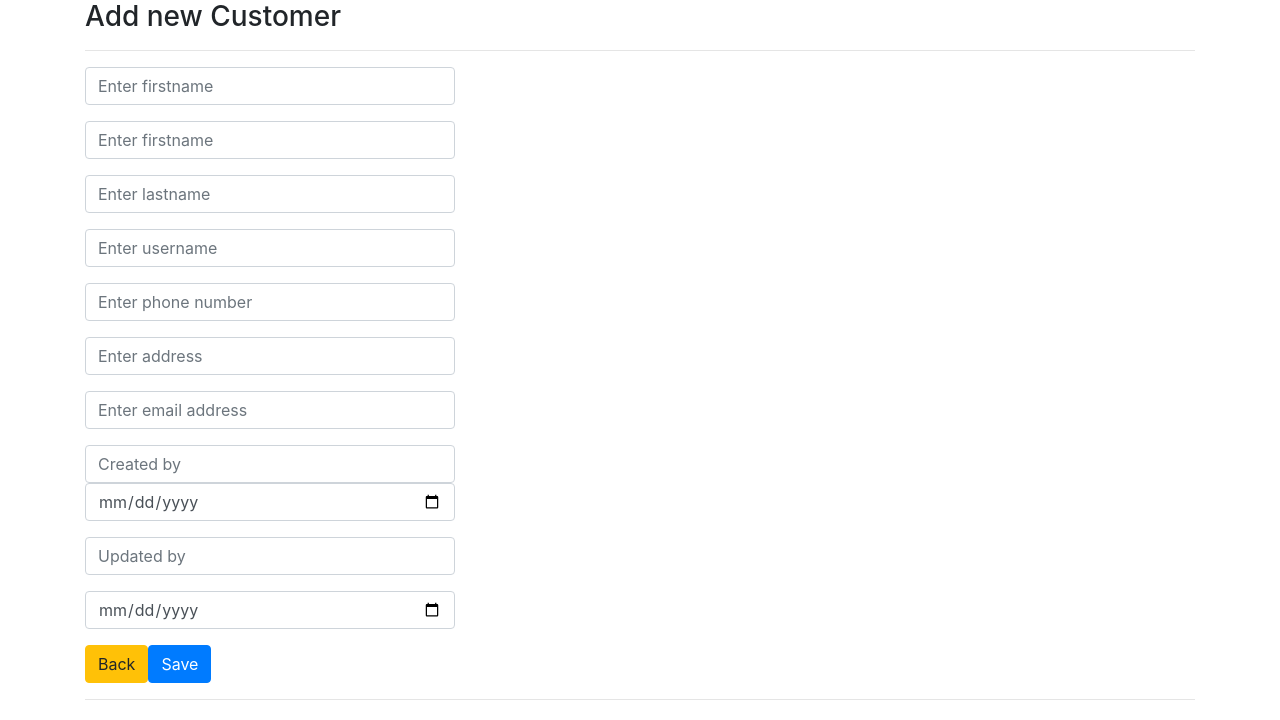
Repository: messimacky/Movie-Rental-System-Front-End
Page: /add-customer
These files come from the project's save history. The page is drawn as it stood at one moment and after the next save; the edit follows.
The browser window is 1280 px wide. The pictures show the whole page.
The project was rebuilt for these pictures with package versions that can differ from the ones it lists, and the page was loaded fresh each time. Also part of the build but not shown: src/services/movie.service.js, src/components/AddMovie.js, src/components/MoviesList.js, src/components/NotFound.js, src/components/login/Login.js, src/components/CustomerList.js, src/services/rental.service.js, src/components/RentalsList.js and 5 more.

Above is the page before, as saved 2022-05-06 20:16:22.

### src/index.js
import { Auth0Provider } from '@auth0/auth0-react';
import React from 'react';
import ReactDOM from 'react-dom';
import App from './App';
const domain = process.env.REACT_APP_AUTH0_DOMAIN;
const clientId = process.env.REACT_APP_AUTH0_CLIENT_ID;

ReactDOM.render(
  <Auth0Provider
    domain={domain}
    clientId={clientId}
    redirectUri={window.location.origin}
  >
    <App />
  </Auth0Provider>,
  document.getElementById('root')
);

### src/App.js
import { BrowserRouter as Router, Switch, Route } from 'react-router-dom';
import AddMovie from './components/AddMovie';
import MoviesList from "./components/MoviesList";
import NotFound from "./components/NotFound";
import Login from './components/login/Login';
import AddCustomer from './components/AddCustomer'
import CustomersList from './components/CustomerList';
import RentalsList from './components/RentalsList';
import AddRental from './components/AddRental';
import FirstPage from './components/FirstPage';
import Signup from './components/signup/Signup';
import Home from './components/Home';
// import LoginButton from './components/LoginButton';
function App() {
  return (
    <Router>
      <div>
        <Switch>

          <Route exact path="/" component={FirstPage} />

          <Route path="/home" component={Home} />


          <Route exact path="/movies" component={MoviesList} />
          <Route path="/add-movie" component={AddMovie} />
          <Route path="/movies/edit/:id" component={AddMovie} />




          <Route exact path="/customers" component={CustomersList} />
          <Route path="/add-customer" component={AddCustomer} />
          <Route path="/customers/edit/:id" component={AddCustomer} />



          <Route path="/login" component={Login} />
          <Route path="/signup" component={Signup} />



          <Route exact path="/rentals" component={RentalsList} />
          <Route path="/add-rental" component={AddRental} />
          <Route path="/rentals/edit/:id" component={AddRental} />
          <Route path="*" component={NotFound} />
        </Switch>
      </div>
    </Router>
  )
}

export default App;

### src/components/AddCustomer.js
//import { Dropdown } from "bootstrap";
import { useEffect, useState } from "react";
import { useParams } from "react-router-dom";
import { Link } from "react-router-dom";
import { useHistory } from "react-router-dom";
import customerService from "../services/customer.service";
import './AddCustomer.css';

const AddCustomer = () => {

    const [id, setId] = useState('');
    const [firstName, setFirstName] = useState('');
    const [lastName, setLastName] = useState('');
    const [username, setUsername] = useState('');
    const [phone, setPhone] = useState('');
    const [address, setAddress] = useState('');
    const [email, setEmail] = useState('');
    const [createdBy, setCreatedBy] = useState('');
    const [creationDate, setCreationDate] = useState('');
    const [lastUpdatedBy, setLastUpdatedBy] = useState('');
    const [lastUpdatedDate, setUpdatedDate] = useState('');







    const history = useHistory();
    // const { id } = useParams();



    const saveCustomer = (e) => {
        e.preventDefault();
        const customer = { id, firstName, lastName, username, phone, address, email, creationDate, createdBy, lastUpdatedBy, lastUpdatedDate };
        if (id) {
            //update records
            customerService.update(customer)
                .then(response => {
                    console.log("customer added succesfully", response.data);
                    history.push('/customers');
                })
                .catch(error => {
                    console.log("Something went wrong", error);
                });

        } else {
            //create record
            customerService.create(customer)
                .then(response => {
                    console.log("Customer added succesfully", response.data);
                    history.push('/customers');
                })
                .catch(error => {
                    console.log("Something get wrong", error);
                });
        }

    }
    useEffect(() => {
        if (id) {
            customerService.get(id)
                .then(customer => {
                    setId(customer.data.id);
                    setFirstName(customer.data.firstName);
                    setLastName(customer.data.lastName);
                    setUsername(customer.data.username);
                    setPhone(customer.data.phone);
                    setAddress(customer.data.address);
                    setEmail(customer.data.email);
                    // setCreatedBy(customer.date.createdBy);
                    // setCreationDate(customer.data.CreationDate);
                    // setLastUpdatedBy(customer.data.lastUpdatedBy);
                    // setUpdatedDate(customer.data.lastUpdatedDate);



                })
                .catch(error => {
                    console.log("Something went wrong", error);
                });
        }
    }, [])

    return (
        <div className="container">
            <h3>Add new Customer</h3>
            <hr />
            <form>


                <div className="form-group">
                    <input
                        type="number"
                        className="form-control col-4"
                        id="id"
                        value={id}
                        onChange={(e) => setId(e.target.value)}
                        placeholder="Enter firstname"
                    />
                </div>

                <div className="form-group">
                    <input
                        type="text"
                        className="form-control col-4"
                        id="firstName"
                        value={firstName}
                        onChange={(e) => setFirstName(e.target.value)}
                        placeholder="Enter firstname"
                    />
                </div>
                <div className="form-group">
                    <input
                        type="text"
                        className="form-control col-4"
                        id="lastName"
                        value={lastName}
                        onChange={(e) => setLastName(e.target.value)}
                        placeholder="Enter lastname"
                    />
                </div>

                <div className="form-group">
                    <input
                        type="text"
                        className="form-control col-4"
                        id="username"
                        value={username}
                        onChange={(e) => setUsername(e.target.value)}
                        placeholder="Enter username"
                    />
                </div>

                <div className="form-group">
                    <input
                        type="text"
                        className="form-control col-4"
                        id="phone"
                        value={phone}
                        onChange={(e) => setPhone(e.target.value)}
                        placeholder="Enter phone number"
                    />
                </div>


                <div className="form-group">
                    <input
                        type="text"
                        className="form-control col-4"
                        id="address"
                        value={address}
                        onChange={(e) => setAddress(e.target.value)}
                        placeholder="Enter address"
                    />
                </div>


                <div className="form-group">
                    <input
                        type="email"
                        className="form-control col-4"
                        id="email"
                        value={email}
                        onChange={(e) => setEmail(e.target.value)}
                        placeholder="Enter email address"
                    />
                </div>








                <input
                    type="text"
                    className="form-control col-4"
                    id="createdBy"
                    value={createdBy}
                    onChange={(e) => setCreatedBy(e.target.value)}
                    placeholder="Created by"
                />

                <div className="form-group">
                    <input
                        type="date"
                        className="form-control col-4"
                        id="creationDate"
                        value={creationDate}
                        onChange={(e) => setCreationDate(e.target.value)}
                        placeholder="Creation Date"
                    />
                </div>




                <div className="form-group">
                    <input
                        type="text"
                        className="form-control col-4"
                        id="lastUpdatedBy"
                        value={lastUpdatedBy}
                        onChange={(e) => setLastUpdatedBy(e.target.value)}
                        placeholder="Updated by"
                    />
                </div>


                <div className="form-group">
                    <input
                        type="date"
                        className="form-control col-4"
                        id="lastUpdatedDate"
                        value={lastUpdatedDate}
                        onChange={(e) => setUpdatedDate(e.target.value)}
                        placeholder="Updated Date"
                    />
                </div>



                <div>
                    <Link className="btn btn-warning" to="/customers">Back</Link>
                    <button className="btn btn-primary" onClick={(e) => saveCustomer(e)}>Save</button>


                </div>
            </form>
            <hr />

        </div>
    );
}

export default AddCustomer;

### src/components/login/Login.css
body {
    margin: 0;
    padding: 0;
    /* font-family: sans-serif; */
    background-size: cover;
    background-repeat: no-repeat;
}



.form {
    position: absolute;
    top: 50%;
    left: 50%;
    border: none;
    transform: translate(-50%, -50%);
    width: 400px;
    min-height: 450px;
    background-color: #fff;
    box-shadow: 0 15px 50px rgba(0, 0, 0, 0.5);
    padding: 50px;
    box-sizing: border-box;

    /* background: url(data:[embedded picture, 5679 characters]); */
    /* background: url(https://picsum.photos/3000/2000/?image=1015); */



}

.form h2 {
    margin-left: 60px;
    margin-top: 40px;
    color: white;
    /* margin: 30 0 40px; */
    padding: 0;
    color: black;
}

.form .input-box {
    position: relative;
    margin: 5px 0;
}

.form .input-box input {
    width: 100%;
    font-size: px;
    border: none;
    border-bottom: 2px solid #777;
    outline: none;
    padding: 10px;
    padding-left: 30px;
    box-sizing: border-box;
    font-weight: bold;
    color: #777;
}

.form .input-box input:focus,
.form .input-box input:valid {
    border-bottom-color: #03a9f4;
}

.form .input-box .fa {
    position: absolute;
    top: 8px;
    left: 5px;
    font-size: 18px;
    color: #777;
}

.form .input-box input[type="submit"] {
    border: none;
    cursor: pointer;
    background-color: #03a9f4;
    color: #fff;
    font-weight: bold;
    transition: 0.5s;
}

.form .input-box input[type="submit"]:hover {
    background-color: #ff4987;

}

.form a {
    text-decoration: none;
    color: black;

    margin-top: 4px;
    margin-left: 170px;
    /* font-weight: bold; */
    display: inline-block;
    transition: 0.5s;
}


.submit {
    margin-top: 30px;
    margin-left: 30px;


}

.form a {
    margin-top: 20px;
    margin-left: 50px;
    color: black;
    color: blue;
}

.form button {
    margin-top: 10px;
    margin-left: 50px;
    color: black;
    outline: invert;

}

.form button :hover {

    color: blue;
}

### src/services/customer.service.js
import httpClient from '../http-common';

const getAll = () => {
    return httpClient.get('/customers');
}

const create = (data) => {
    return httpClient.post("/customers", data);
}

const get = id => {
    return httpClient.get(`/customers/${id}`);
}

const update = (data) => {
    return httpClient.put('/customers', data);
}

const remove = id => {
    return httpClient.delete(`/customers/${id}`);
}

export default { getAll, create, get, update, remove };

### src/components/AddCustomer.css
body {
    margin: 0;
    padding: 0;
    /* font-family: sans-serif; */
    background-size: cover;
    background-repeat: no-repeat;
}



.form {
    position: absolute;
    top: 50%;
    left: 50%;
    border: none;
    transform: translate(-50%, -50%);
    width: 400px;
    min-height: 450px;
    background-color: #fff;
    box-shadow: 0 15px 50px rgba(0, 0, 0, 0.5);
    padding: 50px;
    box-sizing: border-box;

    /* background: url(data:[embedded picture, 5679 characters]); */
    /* background: url(https://picsum.photos/3000/2000/?image=1015); */



}

.form h2 {
    margin-left: 60px;
    margin-top: 40px;
    color: white;
    /* margin: 30 0 40px; */
    padding: 0;
    color: black;
}

.form .input-box {
    position: relative;
    margin: 5px 0;
}

.form .input-box input {
    width: 100%;
    font-size: px;
    border: none;
    border-bottom: 2px solid #777;
    outline: none;
    padding: 10px;
    padding-left: 30px;
    box-sizing: border-box;
    font-weight: bold;
    color: #777;
}

.form .input-box input:focus,
.form .input-box input:valid {
    border-bottom-color: #03a9f4;
}

.form .input-box .fa {
    position: absolute;
    top: 8px;
    left: 5px;
    font-size: 18px;
    color: #777;
}

.form .input-box input[type="submit"] {
    border: none;
    cursor: pointer;
    background-color: #03a9f4;
    color: #fff;
    font-weight: bold;
    transition: 0.5s;
}

.form .input-box input[type="submit"]:hover {
    background-color: #ff4987;

}

.form a {
    text-decoration: none;
    color: black;

    margin-top: 4px;
    margin-left: 170px;
    /* font-weight: bold; */
    display: inline-block;
    transition: 0.5s;
}


.submit {
    margin-top: 30px;
    margin-left: 30px;


}

.form a {
    margin-top: 20px;
    margin-left: 50px;
    color: black;
    color: blue;
}

.form button {
    margin-top: 10px;
    margin-left: 50px;
    color: black;
    outline: invert;

}

.form button :hover {

    color: blue;
}

### src/components/signup/Signup.css
body {
    margin: 0;
    padding: 0;
    /* font-family: sans-serif; */
    background-size: cover;
    background-repeat: no-repeat;
}



.form {
    position: absolute;
    top: 50%;
    left: 50%;
    border: none;
    transform: translate(-50%, -50%);
    width: 400px;
    min-height: 450px;
    background-color: #fff;
    box-shadow: 0 15px 50px rgba(0, 0, 0, 0.5);
    padding: 50px;
    box-sizing: border-box;

    /* background: url(data:[embedded picture, 5679 characters]); */
    /* background: url(https://picsum.photos/3000/2000/?image=1015); */



}

.form h2 {
    margin-left: 60px;
    margin-top: 40px;
    color: white;
    /* margin: 30 0 40px; */
    padding: 0;
    color: black;
}

.form .input-box {
    position: relative;
    margin: 5px 0;
}

.form .input-box input {
    width: 100%;
    font-size: px;
    border: none;
    border-bottom: 2px solid #777;
    outline: none;
    padding: 10px;
    padding-left: 30px;
    box-sizing: border-box;
    font-weight: bold;
    color: #777;
}

.form .input-box input:focus,
.form .input-box input:valid {
    border-bottom-color: #03a9f4;
}

.form .input-box .fa {
    position: absolute;
    top: 8px;
    left: 5px;
    font-size: 18px;
    color: #777;
}

.form .input-box input[type="submit"] {
    border: none;
    cursor: pointer;
    background-color: #03a9f4;
    color: #fff;
    font-weight: bold;
    transition: 0.5s;
}

.form .input-box input[type="submit"]:hover {
    background-color: #ff4987;

}

.form a {
    text-decoration: none;
    color: black;

    margin-top: 4px;
    margin-left: 170px;
    /* font-weight: bold; */
    display: inline-block;
    transition: 0.5s;
}


.submit {
    margin-top: 30px;
    margin-left: 30px;


}

.form a {
    margin-top: 20px;
    margin-left: 50px;
    color: black;
    color: blue;
}

.form button {
    margin-top: 10px;
    margin-left: 50px;
    color: black;
    outline: invert;

}

.form button :hover {

    color: blue;
}

### src/http-common.js
import axios from "axios";


export default axios.create({
    baseURL: 'http://localhost:8080',
    headers: {
        'Content_Type': 'application/json'
    }

});

Loaded but not shown: public/index.html (common file)

After the next save:
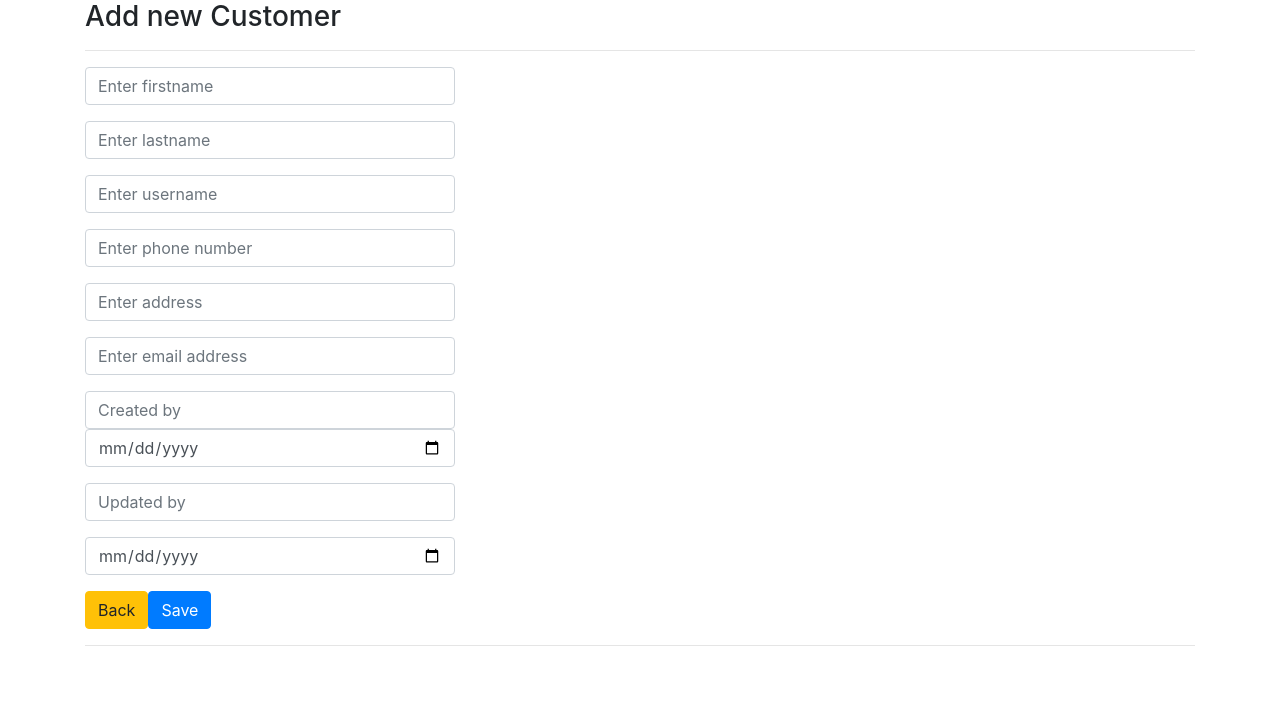
Saved 65 s later.
--- a/src/components/AddCustomer.js
+++ b/src/components/AddCustomer.js
@@ -90,16 +90,7 @@ const AddCustomer = () => {
             <form>
 
 
-                <div className="form-group">
-                    <input
-                        type="number"
-                        className="form-control col-4"
-                        id="id"
-                        value={id}
-                        onChange={(e) => setId(e.target.value)}
-                        placeholder="Enter firstname"
-                    />
-                </div>
+
 
                 <div className="form-group">
                     <input
